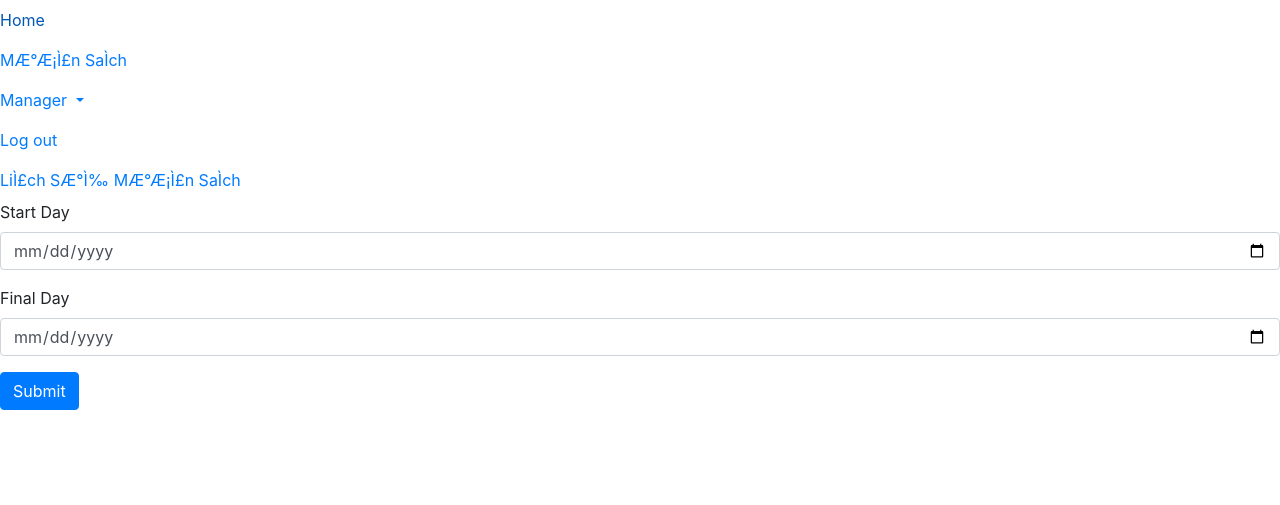
Repository: nguyenquocvuong010195/Jsp-Servlet
Page: http://localhost/JSP-Servlet-Buy/SearchDayServlet
The author's editor kept a copy of each file at every save. The page is drawn from the files as they stood at one save, then again after the next save.
The browser window is 1280 px wide. The pictures show the whole page.
The page is served by Tomcat 9.

Above is the page before, as saved 2020-08-03 06:09:39.

After the next save:
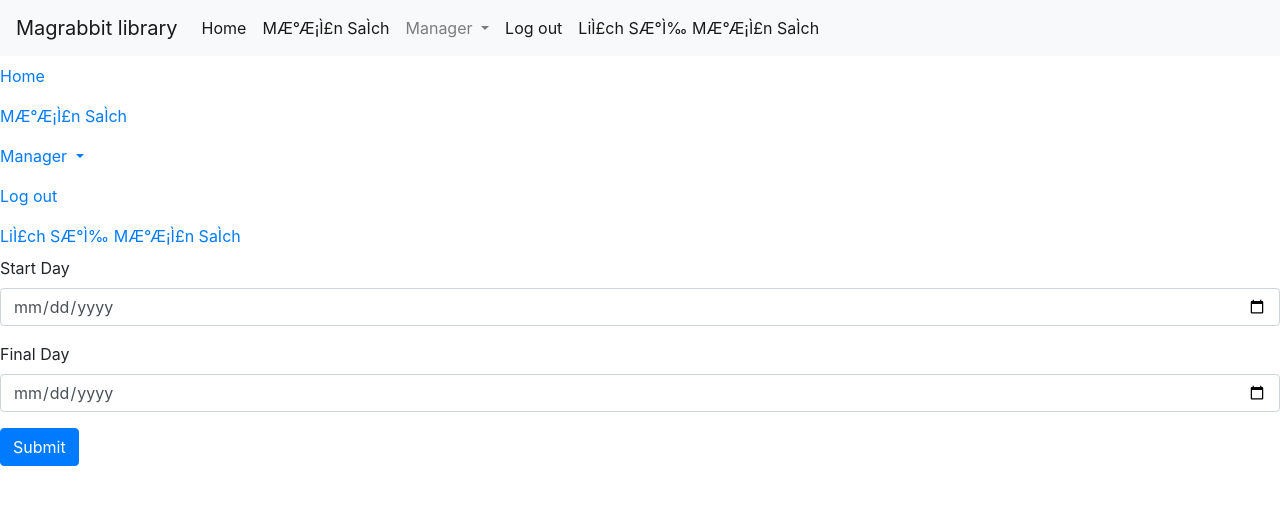
Saved 20 min 48 s later.
--- a/JSP-Servlet/JSP-Servlet-Buy/WebContent/header.jsp
+++ b/JSP-Servlet/JSP-Servlet-Buy/WebContent/header.jsp
@@ -7,7 +7,16 @@
 <meta charset="ISO-8859-1">
 </head>
 <body>
-	<div class="collapse navbar-collapse" id="navbarSupportedContent">
+	<nav class="navbar navbar-expand-lg navbar-light bg-light"> <a
+			class="navbar-brand" href="#">Magrabbit library</a>
+		<button class="navbar-toggler" type="button" data-toggle="collapse"
+			data-target="#navbarSupportedContent"
+			aria-controls="navbarSupportedContent" aria-expanded="false"
+			aria-label="Toggle navigation">
+			<span class="navbar-toggler-icon"></span>
+		</button>
+
+		<div class="collapse navbar-collapse" id="navbarSupportedContent">
 			<ul class="navbar-nav mr-auto">
 				<li class="nav-item active"><a class="nav-link" href="#">Home
 						<span class="sr-only">(current)</span>
@@ -32,11 +41,8 @@
 				<li class="nav-item active"><a class="nav-link"
 					href="BookHistoryServlet">Lịch Sử Mượn Sách</a></li>
 			</ul>
-			<!-- 	<form class="form-inline my-2 my-lg-0">
-				<input class="form-control mr-sm-2" type="search"
-					placeholder="Search" aria-label="Search">
-				<button class="btn btn-outline-success my-2 my-sm-0 disable" type="submit">Search</button>
-			</form> -->
+
 		</div>
+</nav>
 </body>
 </html>
